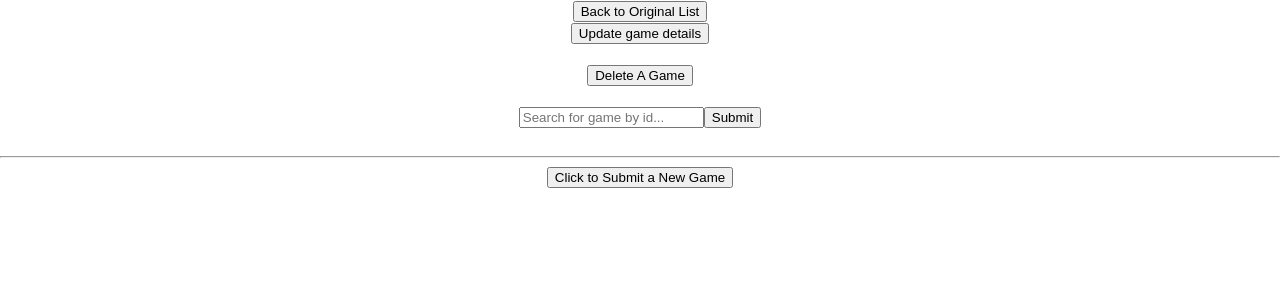
Repository: The-Software-Guild/assessment-2-react-nj10deadend
Page: / (app in Part-2/React-section/frontend/)
These files come from the project's save history. The page is drawn as it stood at one moment and after the next save; the edit follows.
The browser window is 1280 px wide. The pictures show the whole page.
The page's requests for data from a server got no answer. The project was rebuilt for these pictures with package versions that can differ from the ones it lists, and the page was loaded fresh each time. No one was signed in, and anything a server would have sent is missing. Also part of the build but not shown: Part-2/React-section/frontend/src/components/GameCards.js.

Above is the page before, as saved 2021-12-19 15:21:48.

### Part-2/React-section/frontend/public/index.html
<!DOCTYPE html>
<html lang="en">
  <head>
    <meta charset="utf-8" />
    <link rel="icon" href="%PUBLIC_URL%/favicon.ico" />
    <meta name="viewport" content="width=device-width, initial-scale=1" />
    <meta name="theme-color" content="#000000" />
    <meta name="viewport" content="initial-scale=1, width=device-width" />
    <meta
      name="description"
      content="Web site created using create-react-app"
    />
    <link rel="apple-touch-icon" href="%PUBLIC_URL%/logo192.png" />
    <!--
      manifest.json provides metadata used when your web app is installed on a
      user's mobile device or desktop. See https://developers.google.com/web/fundamentals/web-app-manifest/
    -->
    <link rel="manifest" href="%PUBLIC_URL%/manifest.json" />
    <!--
      Notice the use of %PUBLIC_URL% in the tags above.
      It will be replaced with the URL of the `public` folder during the build.
      Only files inside the `public` folder can be referenced from the HTML.

      Unlike "/favicon.ico" or "favicon.ico", "%PUBLIC_URL%/favicon.ico" will
      work correctly both with client-side routing and a non-root public URL.
      Learn how to configure a non-root public URL by running `npm run build`.
    -->
    <link
      rel="stylesheet"
      href="https://fonts.googleapis.com/css?family=Roboto:300,400,500,700&display=swap"
    />
    <title>React App</title>
  </head>
  <body>
    <noscript>You need to enable JavaScript to run this app.</noscript>
    <div id="root"></div>
    <!--
      This HTML file is a template.
      If you open it directly in the browser, you will see an empty page.

      You can add webfonts, meta tags, or analytics to this file.
      The build step will place the bundled scripts into the <body> tag.

      To begin the development, run `npm start` or `yarn start`.
      To create a production bundle, use `npm run build` or `yarn build`.
    -->
  </body>
</html>

### Part-2/React-section/frontend/src/index.css
body {
  margin: 0;
  font-family: -apple-system, BlinkMacSystemFont, 'Segoe UI', 'Roboto', 'Oxygen',
    'Ubuntu', 'Cantarell', 'Fira Sans', 'Droid Sans', 'Helvetica Neue',
    sans-serif;
  -webkit-font-smoothing: antialiased;
  -moz-osx-font-smoothing: grayscale;
}

code {
  font-family: source-code-pro, Menlo, Monaco, Consolas, 'Courier New',
    monospace;
}

.imgs {
  height: 250px;
  width: 250px;
}

### Part-2/React-section/frontend/src/App.js
import './App.css';
import Home from './components/Home';
import AddGameForm from './components/AddGameForm';
import GameSearch from './components/GameSearch';
import UpdateGame from './components/UpdateGame';
import DeleteGame from './components/DeleteGame';
import axios from 'axios';
import {useState, useEffect} from 'react';

// import Container from '@mui/material/Container';
// import Button from '@mui/material/Button';
// import Typography from '@mui/material/Typography';

function App() {

  const [gameData, setGameData] = useState([]);

  function getFetchGameServer () {
    axios.get(`http://localhost:8080/allGames`)
      .then(res => {
        setGameData(res.data)
      })

  }

  useEffect(getFetchGameServer, []);

  return (
    <div className="App">
      <button onClick={getFetchGameServer}>Back to Original List</button>
      <UpdateGame getFetchGameServer={getFetchGameServer}/>
      <br></br>
      <DeleteGame getFetchGameServer={getFetchGameServer} />
      <br></br>
      <GameSearch setGameData={setGameData}/>
      <br></br>
      <hr></hr>
      <AddGameForm setGameData={setGameData}/>

      <Home gameData={gameData}/>

    </div>
  );
}

export default App;

### Part-2/React-section/frontend/src/components/Home.js
import GameCards from "./GameCards";


function Home ({gameData}) {

    const renderGameData = gameData.map(eachGame => {
        console.log(eachGame._id);
        return (
            <GameCards key={eachGame._id} eachGame={eachGame} />
        )
    })
    return (
        <div>
            {renderGameData}

        </div>
    )
}

export default Home;

### Part-2/React-section/frontend/src/components/AddGameForm.js
import {useState, useEffect} from 'react';
import axios from 'axios';

function AddGameForm ({setGameData}) {

    const [clicked, setClicked] = useState(false);
    const [submitted, setSubmitted] = useState(false);
    const [name, setName] = useState("");
    const [img, setImg] = useState("");
    const [crossPlatform, setCrossPlatform] = useState(false);
    const [price, setPrice] = useState(0);
    const [genres, setGenres] = useState(["", "", ""]);
    const buttonText = clicked ? "Hide Submission Form" : "Click to Submit a New Game"

    function postRequest() {
        return axios.post('http://localhost:8080/allGames', {
            name: name,
            img: img,
            cross_platform: crossPlatform,
            price: price,
            genres: genres
        })
        .then(function (response) {
            console.log(response);
            return response.data;
        })
        .catch(function (error) {
            console.log(error);
            return null;
        });
    }

    async function onSubmit(event) {
        event.preventDefault();
        setName("");
        setImg("");
        setCrossPlatform("");
        setPrice("");
        setGenres(["", "", ""]);
        const newGame = await postRequest();
        console.log(newGame);
        setGameData((oldInfo)=> {
            console.log(oldInfo)
            return [...oldInfo, newGame]
        })
    }

    return (
        <div>
            <button onClick={() => {setClicked(!clicked)}}>{buttonText}</button>
            {clicked && (
                <form onSubmit={onSubmit}>
                    <div>
                        <label for="name">Name</label>
                        <br></br>
                        <input type="text" name="name" placeholder="Enter name" id="name"
                        value={name} onChange={(event) => {setName(event.target.value)}}/>
                    </div>
                    <div>
                        <label for="img">Image Url</label>
                        <br></br>
                        <input type="text" name="img" placeholder="Enter image URL" id="img"
                        value={img} onChange={(event) => {setImg(event.target.value)}}/>
                    </div>
                    <div>
                        <label for="cross platform">Cross Platform</label>
                        <br></br>
                        <input type="text" name="cross platform" placeholder="Enter true or false" id="cross_platform"
                        value={crossPlatform} onChange={(event) => {setCrossPlatform(event.target.value)}}/>
                    </div>
                    <div>
                        <label for="price">Price</label>
                        <br></br>
                        <input type="text" name="price" placeholder="Enter price of game" id="price"
                        value={price} onChange={(event) => {setPrice(event.target.value)}} />
                    </div>
                    <div>
                        <label for="genres">Genres</label>
                        <br></br>
                        <input type="text" name="genre1" placeholder="Enter first genre category" id="genre1"
                        value={genres[0]} onChange={(event) => {setGenres([event.target.value, genres[1], genres[2]])}}/>
                        <br></br>
                        <input type="text" name="genre2" placeholder="Enter second genre category" id="genre2"
                        value={genres[1]} onChange={(event) => {setGenres([genres[0], event.target.value, genres[2] ])}}/>
                        <br></br>
                        <input type="text" name="genre3" placeholder="Enter third genre category" id="genre3"
                        value={genres[2]} onChange={(event) => {setGenres([genres[0], genres[1], event.target.value])}}/>
                    </div>
                    <input type="submit" value="Submit"/>

                </form>
            )}


        </div>
    )
}

export default AddGameForm;

### Part-2/React-section/frontend/src/components/GameSearch.js
import {useState} from 'react';
import axios from 'axios';

function GameSearch ({setGameData}) {

    const [searchId, setSearchId] = useState("");
    const [clicked, setClicked] = useState(false);

    const searchGameText = clicked ? "Hide Search Form" : "Search for a Game"

    function getFetchOneGame () {
        axios.get(`http://localhost:8080/allGames/${searchId}`)
          .then(res => {
            setGameData([res.data])
            // console.log(res.data);
        })

    }

    function onSearch(event) {
        event.preventDefault()
        setSearchId("");
        getFetchOneGame();
    }

    return (
        <div>
            <form onSubmit={onSearch}>
                <input type="text" placeholder="Search for game by id..."
                onChange={(event) => {setSearchId(event.target.value)}}
                value = {searchId}
                />
                <input type="submit" value="Submit" />
            </form>

        </div>
    )
}

export default GameSearch;

### Part-2/React-section/frontend/src/components/UpdateGame.js
import {useState} from 'react';
import axios from 'axios';

function UpdateGame ({getFetchGameServer}) {
    const [name, setName] = useState("");
    const [img, setImg] = useState("");
    const [crossPlatform, setCrossPlatform] = useState("");
    const [price, setPrice] = useState("");
    const [genres, setGenres] = useState(["", "", ""]);

    const [clicked, setClicked] = useState(false);
    const [searchId, setSearchId] = useState("");

    const updateButtonText = clicked ? "Hide Update Form" : "Update game details"

    async function patchRequest () {
        await axios.patch(`http://localhost:8080/allGames/update/${searchId}`,  {
            name: name,
            img: img,
            cross_platform: crossPlatform,
            price: price,
            genres: genres
        })
    }

    async function updateChanges (event) {
        event.preventDefault();
        await patchRequest();
        getFetchGameServer();
        setSearchId("");
        setName("");
        setImg("");
        setCrossPlatform("");
        setPrice("");
    }
    return (
        <div>
            <button onClick={() => {setClicked(!clicked)}}>{updateButtonText}</button>
                {clicked && (
                    <div>
                        <form onSubmit={updateChanges}>
                            <div>
                                <h2>Enter Game ID</h2>
                                <label for="game-id">Game ID</label>
                                <br></br>
                                <input name="game-id" type="text" placeholder="Enter Game ID"
                                onChange={(event) => {setSearchId(event.target.value)}}
                                value = {searchId}
                                />
                            </div>
                            <div>
                                <label for="name">Name</label>
                                <br></br>
                                <input type="text" name="name" placeholder="Enter name" id="name"
                                value={name} onChange={(event) => {setName(event.target.value)}}/>
                            </div>
                            <div>
                                <label for="img">Image Url</label>
                                <br></br>
                                <input type="text" name="img" placeholder="Enter image URL" id="img"
                                value={img} onChange={(event) => {setImg(event.target.value)}}/>
                            </div>
                            <div>
                                <label for="cross platform">Cross Platform</label>
                                <br></br>
                                <input type="text" name="cross platform" placeholder="Enter true or false" id="cross_platform"
                                value={crossPlatform} onChange={(event) => {setCrossPlatform(event.target.value)}}/>
                            </div>
                            <div>
                                <label for="price">Price</label>
                                <br></br>
                                <input type="text" name="price" placeholder="Enter price of game" id="price"
                                value={price} onChange={(event) => {setPrice(event.target.value)}} />
                            </div>
                            <div>
                                <label for="genres">Genres</label>
                                <br></br>
                                <input type="text" name="genre1" placeholder="Enter first genre category" id="genre1"
                                value={genres[0]} onChange={(event) => {setGenres([event.target.value, genres[1], genres[2]])}}/>
                                <br></br>
                                <input type="text" name="genre2" placeholder="Enter second genre category" id="genre2"
                                value={genres[1]} onChange={(event) => {setGenres([genres[0], event.target.value, genres[2] ])}}/>
                                <br></br>
                                <input type="text" name="genre3" placeholder="Enter third genre category" id="genre3"
                                value={genres[2]} onChange={(event) => {setGenres([genres[0], genres[1], event.target.value])}}/>
                            </div>
                            <input type="submit" value="Submit Changes"/>

                        </form>
                    </div>
                )}


        </div>
    )
}

export default UpdateGame;

### Part-2/React-section/frontend/src/components/DeleteGame.js
import axios from 'axios';
import {useState} from 'react';

function DeleteGame ({getFetchGameServer}) {

    const [searchId, setSearchId] = useState("");
    const [clicked, setClicked] = useState(false);

    const deleteText = clicked ? "Hide Delete Form" : "Delete A Game"

    async function deleteGame () {
        await axios.delete(`http://localhost:8080/allGames/update/${searchId}`)
    }

    async function onSubmit (event) {
        event.preventDefault();
        await deleteGame();
        getFetchGameServer();

    }

    return (
        <div>
            <button onClick={() => {setClicked(!clicked)}}>{deleteText}</button>
            {clicked && (
                <form onSubmit={onSubmit}>
                    <div>
                        <h2>Enter Game ID</h2>
                        <label for="game-id">Game ID</label>
                        <br></br>
                        <input name="game-id" type="text" placeholder="Enter Game ID"
                        onChange={(event) => {setSearchId(event.target.value)}}
                        value = {searchId}
                        />
                    </div>
                    <div>
                        <input type="submit" value="Delete Game"/>
                    </div>
                </form>
            )}


        </div>
    )
}

export default DeleteGame;

Loaded but not shown: Part-2/React-section/frontend/src/index.js (common file); Part-2/React-section/frontend/src/reportWebVitals.js (common file); Part-2/React-section/frontend/src/App.css (common file)

After the next save:
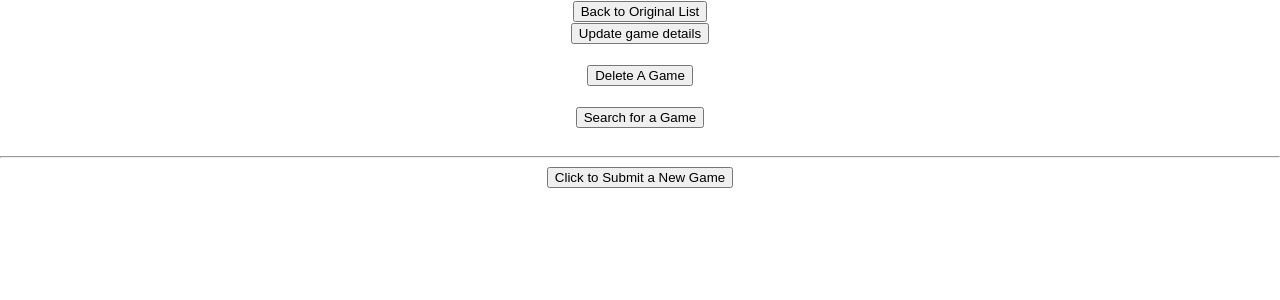
Saved 3 min 13 s later.
--- a/Part-2/React-section/frontend/src/components/GameSearch.js
+++ b/Part-2/React-section/frontend/src/components/GameSearch.js
@@ -12,7 +12,6 @@ function GameSearch ({setGameData}) {
         axios.get(`http://localhost:8080/allGames/${searchId}`)
           .then(res => {
             setGameData([res.data])
-            // console.log(res.data);
         })
 
     }
@@ -25,13 +24,16 @@ function GameSearch ({setGameData}) {
 
     return (
         <div>
-            <form onSubmit={onSearch}>
-                <input type="text" placeholder="Search for game by id..."
-                onChange={(event) => {setSearchId(event.target.value)}}
-                value = {searchId}
-                />
-                <input type="submit" value="Submit" />
-            </form>
+            <button>{searchGameText}</button>
+            {clicked && (
+                <form onSubmit={onSearch}>
+                    <input type="text" placeholder="Search for game by id..."
+                    onChange={(event) => {setSearchId(event.target.value)}}
+                    value = {searchId}
+                    />
+                    <input type="submit" value="Submit" />
+                </form>
+            )}
 
         </div>
     )
